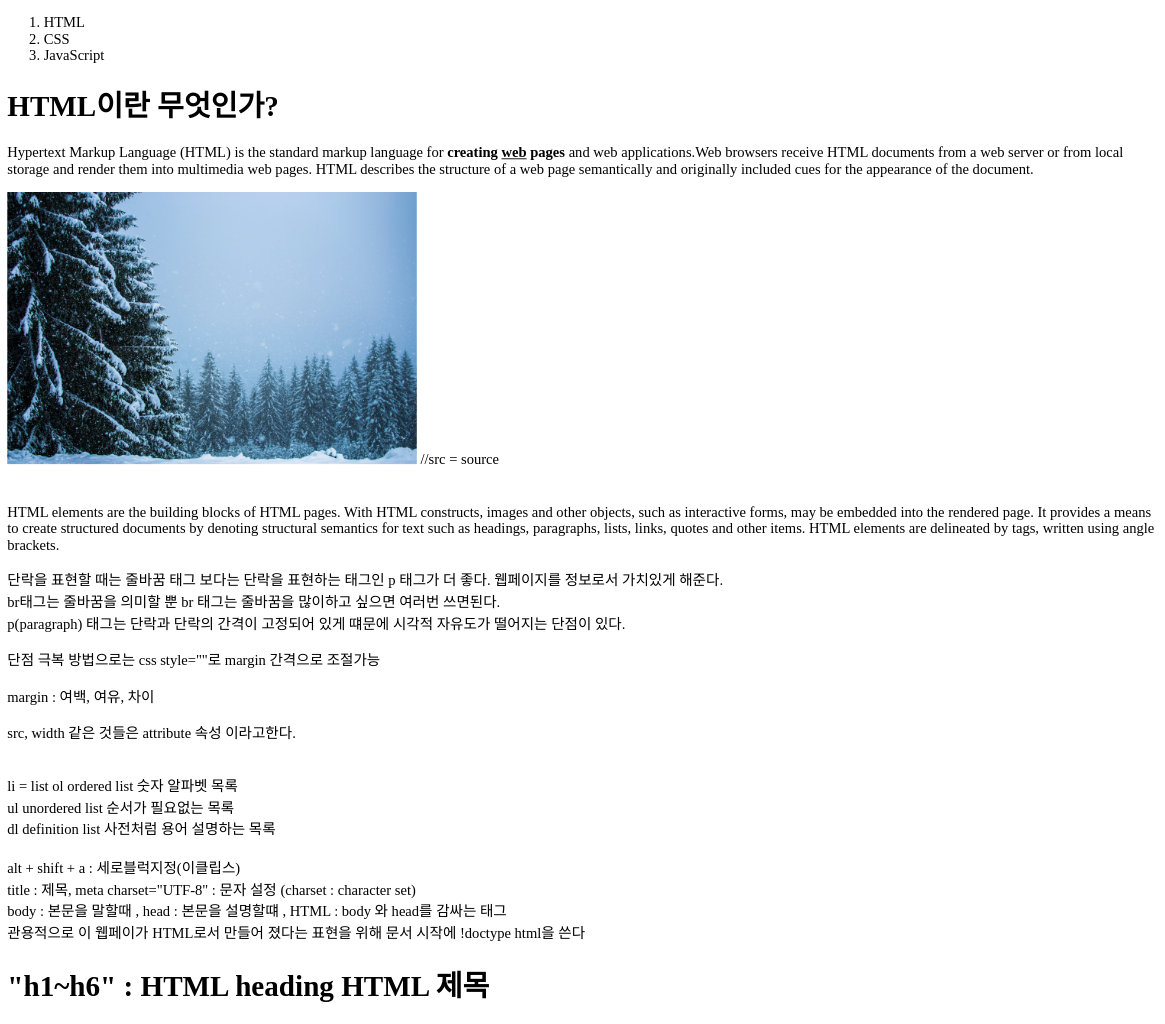
Repository: winterer4/Web-1
Page: HTML5/1.html
An editor plug-in stored every save of this project. The page is shown before and after the next save, followed by the edit.
The browser window is 1280 px wide. The pictures show the whole page, at 91% of full size.

Above is the page before, as saved 2018-10-29 06:08:25.

### HTML5/1.html
<!DOCTYPE html>
<html>
<head>
<meta charset="UTF-8">
<title>WEB 1  - HTML</title>
</head>
<body>
<ol>
	<li>HTML      </li>
	<li>CSS       </li>
	<li>JavaScript</li>
</ol>

	<h1>HTML이란 무엇인가?</h1>
	<p>
		Hypertext Markup Language (HTML) is the standard markup language for <strong>creating
			<u>web</u> pages
		</strong> and web applications.Web browsers receive HTML documents from a web
		server or from local storage and render them into multimedia web
		pages. HTML describes the structure of a web page semantically and
		originally included cues for the appearance of the document.
	</p>
	<img src ="one.jpg" width="450">
	//src = source
	<p style="margin-top: 40px;">HTML elements are the building blocks
		of HTML pages. With HTML constructs, images and other objects, such as
		interactive forms, may be embedded into the rendered page. It provides
		a means to create structured documents by denoting structural
		semantics for text such as headings, paragraphs, lists, links, quotes
		and other items. HTML elements are delineated by tags, written using
		angle brackets.</p>







	단락을 표현할 때는 줄바꿈 태그 보다는 단락을 표현하는 태그인 p 태그가 더 좋다. 웹페이지를 정보로서 가치있게 해준다.
	<br> br태그는 줄바꿈을 의미할 뿐 br 태그는 줄바꿈을 많이하고 싶으면 여러번 쓰면된다.
	<br> p(paragraph) 태그는 단락과 단락의 간격이 고정되어 있게 떄문에 시각적 자유도가 떨어지는 단점이 있다.
	<p> 단점 극복 방법으로는 css style=""로 margin 간격으로 조절가능</p>
	 margin : 여백, 여유, 차이
	 <p> src, width 같은 것들은 attribute 속성 이라고한다.</p>
	 <br>li = list
	 ol ordered list 숫자 알파벳 목록<br>
	 ul unordered list 순서가 필요없는 목록<br>
	 dl definition list 사전처럼 용어 설명하는 목록<br>
	  <br>alt + shift + a : 세로블럭지정(이클립스)
	  <br> title : 제목, meta charset="UTF-8" : 문자 설정 (charset : character set)
	  <br> body  : 본문을 말할때 , head : 본문을 설명할떄 , HTML : body 와 head를 감싸는 태그
	  <br> 관용적으로 이 웹페이가 HTML로서 만들어 졌다는 표현을 위해 문서 시작에 !doctype html을 쓴다


</body>

<h1>"h1~h6" : HTML heading HTML 제목</h1>




</html>

After the next save:
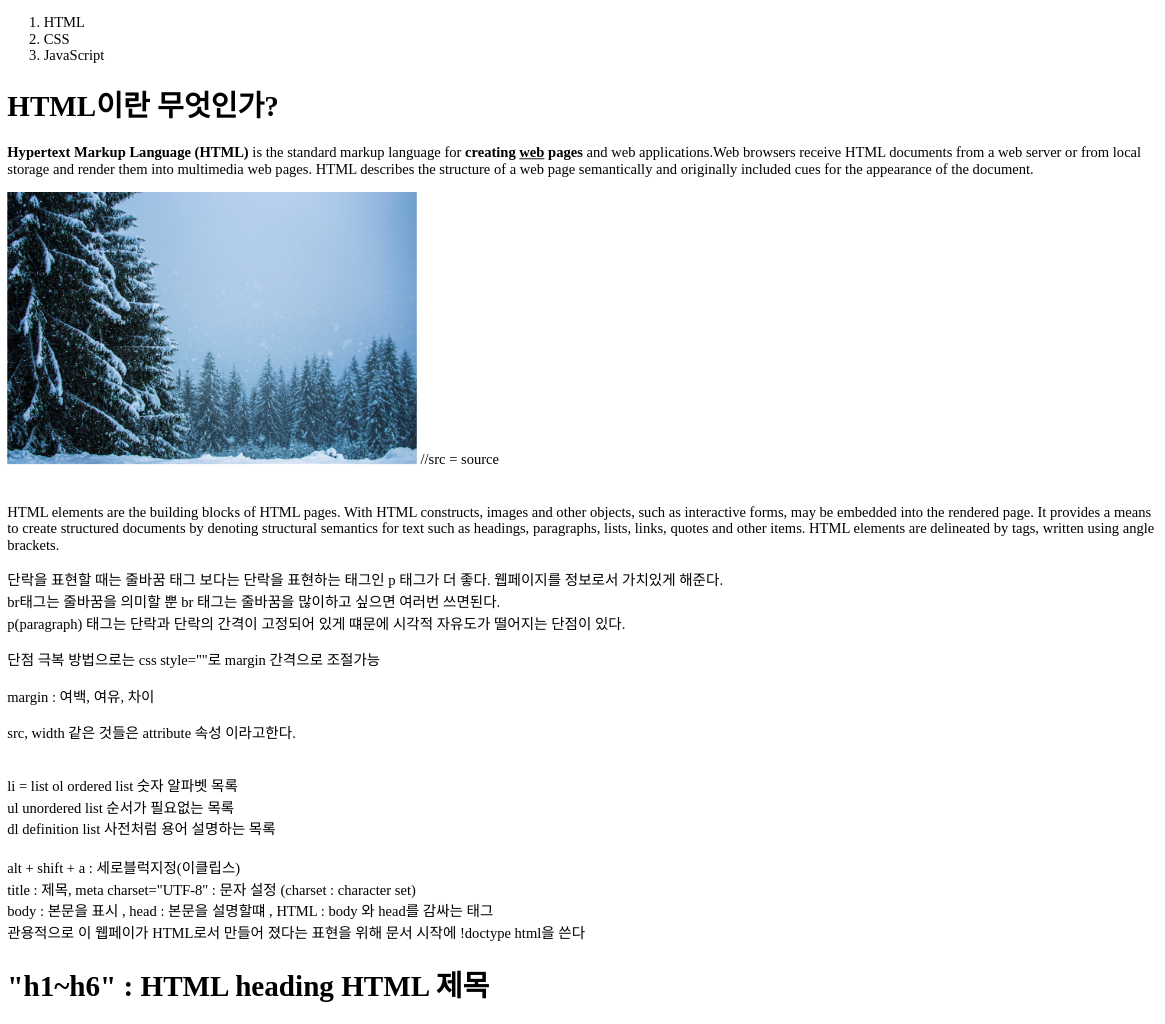
Saved 12 min 41 s later.
--- a/HTML5/1.html
+++ b/HTML5/1.html
@@ -13,7 +13,7 @@
 
 	<h1>HTML이란 무엇인가?</h1>
 	<p>
-		Hypertext Markup Language (HTML) is the standard markup language for <strong>creating
+		<strong>Hypertext Markup Language (HTML)</strong> is the standard markup language for <strong>creating
 			<u>web</u> pages
 		</strong> and web applications.Web browsers receive HTML documents from a web
 		server or from local storage and render them into multimedia web
@@ -48,7 +48,7 @@
 	 dl definition list 사전처럼 용어 설명하는 목록<br>
 	  <br>alt + shift + a : 세로블럭지정(이클립스)
 	  <br> title : 제목, meta charset="UTF-8" : 문자 설정 (charset : character set)
-	  <br> body  : 본문을 말할때 , head : 본문을 설명할떄 , HTML : body 와 head를 감싸는 태그
+	  <br> body  : 본문을 표시 , head : 본문을 설명할떄 , HTML : body 와 head를 감싸는 태그
 	  <br> 관용적으로 이 웹페이가 HTML로서 만들어 졌다는 표현을 위해 문서 시작에 !doctype html을 쓴다
 
 
